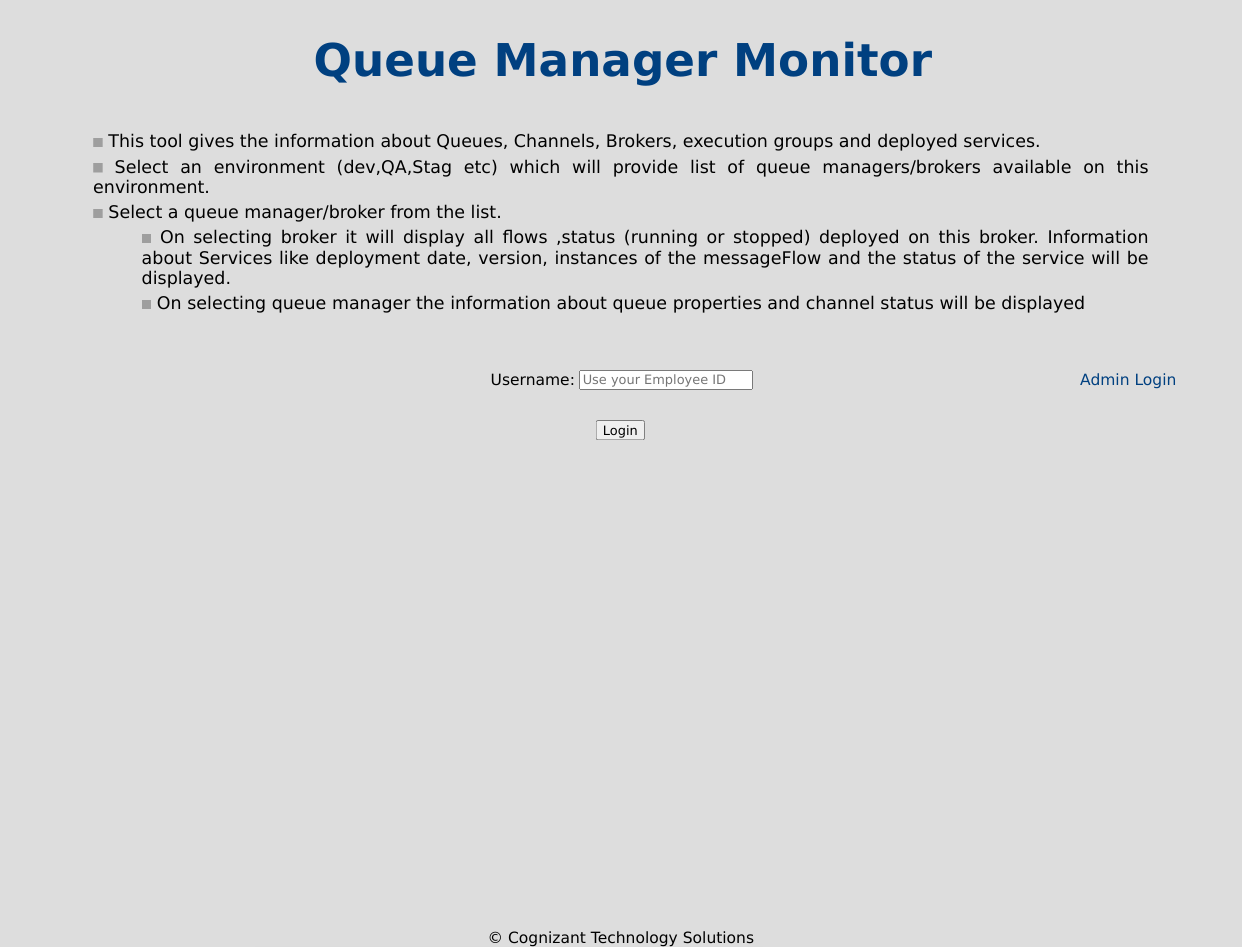
Repository: aarjavshah/ArjavProjects
Page: http://localhost/QmMonitor/
An editor plug-in stored every save of this project. The page is shown before and after the next save, followed by the edit.
The browser window is 1280 px wide. The pictures show the whole page, at 97% of full size.
Pictures or frames that could not be fetched are drawn as grey boxes. The page is served by Tomcat 9. Other server files are loaded and not shown.

Above is the page before, as saved 2016-11-28 15:14:15.

### Java/ToolOct27ABN_Temp/QmMonitor/WebContent/Login.jsp
<%@ page language="java" contentType="text/html; charset=ISO-8859-1"
    pageEncoding="ISO-8859-1"%>
<!DOCTYPE html PUBLIC "-//W3C//DTD HTML 4.01 Transitional//EN" "http://www.w3.org/TR/html4/loose.dtd">
<html>
<head>
<meta http-equiv="Content-Type" content="text/html; charset=ISO-8859-1">
<title>ESB Queue-Manager Monitor Login</title>
</head>
<script type="text/javascript">
function GetPassword() {
	password.style.visibility = 'visible';
	adminLink.style.visibility = 'hidden';
}
function  RemovePassword() {
	password.style.visibility = 'hidden';
	adminLink.style.visibility = 'visible';
}
function ValidateLogin(){
	var userName=document.getElementById("username").value;
	var flag=0;
	if(userName.length==0)
	{	document.getElementById("span_broker").innerHTML="Enter UserName";
		flag=1;
	}else{
		document.getElementById("span_broker").innerHTML="";
	}
	if(flag==0)
	{
	return true;
	}
else
	{
	return false;
	}
	}
</script>
 <STYLE type="text/css" media="screen">
    td{width:300px;}
    #dont{width:93px;}
    #button{width:53px;}
 </STYLE>
<link rel="stylesheet" type="text/css" href="<%=request.getContextPath() %>/collapse.css" media="screen">
<body>
<%if(session.getAttribute("username")!=null){
	if((Boolean)session.getAttribute("isAdmin")){
		response.sendRedirect("AdminServices.jsp");
	}else{
		response.sendRedirect("Home.jsp");
	}
}	%>
<div id="header">Queue Manager Monitor</div>
<div id="desc">
<p>
	<div id="textbox"><img src="Bullet.png" height="10px" width="10px">
	This tool gives the information about Queues, Channels, Brokers, execution groups and deployed services.</div><div id="textbox"><img src="Bullet.png"  height="10px" width="10px">
	Select an environment (dev,QA,Stag etc) which will provide list of queue managers/brokers available on this environment.</div><div id="textbox"><img src="Bullet.png"  height="10px" width="10px">
	Select a queue manager/broker from the list. </div><div id="textbox2">     <img src="Bullet.png"  height="10px" width="10px">
	On selecting broker it will display all flows ,status (running or stopped) deployed on this broker.
	Information about Services like deployment date, version, instances of the messageFlow and the status of the service will be displayed.
	</div><div id="textbox2"><img src="Bullet.png"  height="10px" width="10px">
	On selecting queue manager the information about queue properties and channel status will be displayed
	</div>
</p>
</div>
<form action="Login" method="post" onsubmit="return ValidateLogin()">
<div id="err">
<%if(session.getAttribute("AdminLoginFail")!=null){
if((Boolean)session.getAttribute("AdminLoginFail")){
	out.print("<font color=red>Admin Login Failed</font>");
	session.removeAttribute("AdminLoginFail");
}}
%></div>

<table id="adminbroker">
<tr id="user">
	<td id="dont" align="right">Username:</td>
	<td><input type="text" name="username" id="username" placeholder="Use your Employee ID"></td>
	<td><font color=red><span id="span_broker"></span></font></td><td> </td>
	<td id="adminLink" onclick="GetPassword()"><a href="#">Admin Login</a></td>
</tr>
<tr id="password" style="visibility:hidden;">
	<td id="dont" align="right">Password:</td>
	<td><input type="password" name="password" ></td><td> </td><td> </td>
	<td id="userLink" onclick="RemovePassword()"><a href="#">User Login</a></td>
</tr>
</table>
<table align="center">
<tr>
<td id="button"><input type="submit" name ="login" value="Login"></td>
</tr>
</table>
</form>
<div id="footerCpy">© Cognizant Technology Solutions</div>
</body>
</html>

### Java/ToolOct27ABN_Temp/QmMonitor/WebContent/collapse.css
/* Just some base styles not needed for example to function */
*, html { font-family: Verdana, Arial, Helvetica, sans-serif; }

body, form, ul, li, p, h1, h2, h4, h5
{
	margin: 0;
	padding: 0;
}
a{
	 text-decoration: none;
	 color : #004080;
	 cursor:pointer;
}
td.drop{
	width:550px;
}
td.res{
	width:200px;
}
td.res1{
	padding-top: 10px;
}
html { font-size: 100%; /* IE hack */ }
body { font-size: 1em; /* Sets base font size to 16px */ background-color: #DDDDDD; }
table { font-size: 100%; /* IE hack */ }
/* CSS Tree menu styles */
ol.tree
{
	padding: 0 0 0 30px;
}
ol.tree1{
	padding: 10px 0 0 30px;
	margin : 0;
}
	li
	{
		position: relative;
		margin-left: -15px;
		list-style: none;
	}
	li.file
	{
		margin-left: -10px !important;
	}
		li.file a
		{
			background: 0 0 no-repeat;
			padding-left: 32px;
			text-decoration: none;
			cursor: text;
		}
		li.file a.admin
		{
			background: 0 0 no-repeat;
			padding-left: 32px;
			text-decoration: none;
			cursor: pointer;
		}
	li input
	{
		position: absolute;
		left: 0;
		margin-left: 0;
		opacity: 0;
		z-index: 2;
		cursor: pointer;
		height: 1em;
		width: 1em;
		top: 0;
	}
		li input + ol
		{
			background: url('plus.gif') 40px 0 no-repeat;
			margin: -0.938em 0 0 -44px; /* 15px */
			height: 1em;
		}
		li input + ol > li { display: none; margin-left: -14px !important; padding-left: 1px; }
	li label
	{
		/*background: url(plusSignGreen.png) 15px 1px no-repeat;*/
		cursor: pointer;
		display: block;
		padding-left: 37px;
	}

	li input:checked + ol
	{
		background: url('minus.gif') 40px 0 no-repeat;
		margin: -1.25em 0 0 -44px; /* 20px */
		padding: 1.563em 0 0 80px;
		height: auto;
	}
		li input:checked + ol > li { display: block; margin: 5px 0 5px;  /* 2px */}
		li input:checked + ol > li:last-child { margin: 3px 0 3px; /* 1px */ }

#container{
	overflow-x: hidden;
}
#cntIO{
	padding-top: 10 px;
}
#left{

	width:100%;
	float : left;
	padding : 50 px;
	/*margin: 200px 0 0 0;*/

}
#right{
	width : 100%;
	padding : 50 px;
	float:left;
	padding-left: 50px;
	padding-top: 30px;
}
#right1{
	width : 100%;
	padding-top: 80px;
    margin-top: 100px;
    margin-bottom: 100px;
}
#right2{
	width : 100%;
	margin-left:50px;
    margin-top: 100px;
    margin-bottom: 100px;
}
#textbox{
	margin-top: 5px;
	margin-bottom: 5px;
}
#textbox1{
	margin-top: 5px;
	margin-bottom: 5px;
    display: none;
}
#textbox2{
	margin-top: 5px;
	margin-bottom: 5px;
	margin-left: 50px;
	}
#header{
	padding : 5px;
	margin-top : 30px;
	padding-left:130px;
	width : 80%;
	text-align: center;
	font-size: 35pt;
	font-weight: bolder;
	color : #004080;
	height: 90px;
}
#logout{
	width:17%;
	text-align: center;
	float: right;
	font-size: 18px;
}
#brokerInfo{
	width:35%;
	text-align: right;
	float: right;
}
#formTable{
	width:100%;
	  padding-top: 16px;
	  padding-left: 10px;
}
#formTable1{
	  padding-top: 16px;
	  padding-left: 10px;
	  margin-left:
}
h1{
	padding-left : 10px;
	color : #004080;
}
#centeredText{
	text-align: center;
	padding-bottom: 10px;
}
#ErrS{
	    position: absolute;
    top: 50%;
    left: 50%;
    width: 400px;
    height: 300px;
    margin-top: -150px;
    margin-left: -200px;
}
#ErrS2{
	    position: absolute;
    top: 50%;
    left: 50%;
    width: 400px;
    height: 300px;
    margin-top: -90px;
    margin-left: -200px;
}
#ErrS1{
	    position: absolute;
    top: 50%;
    left: 50%;
    margin-top: -50px;
    margin-left: -150px;
}
#outer{
	width:100%;
}
#adminbroker{
	padding-left: 500px;
}
#adminbroker1{
	padding-left: 200px;
}
#edit{
	position: absolute;
		opacity:100;
		height: 2em;
		width: 5em;
}
#lastmod{
	font-size: 10pt;
	float: right;
	width:29%;
}
#err{
	text-align: center;
}
#desc{
	text-align:justify;
	margin-left:auto;
	margin-right:auto;
	width:85%;
	padding-bottom: 50px;
	font-size : 18px;
}
#instance{
	margin-left: 210px;
}
#instance1{
	margin-left: 210px;
	padding-top: 10px;
}
table,th,td{border:none}
.qDis{border:1px solid #ccc}
.qDis tr{border-bottom:1px solid #d0d0d0}
.qDis tr:nth-child(odd){background-color:#fff}
.qDis tr:nth-child(even){background-color:#f2f2f2}
.qDis td,.qDis th{padding:6px 8px;display:table-cell;text-align:left;vertical-align:top}
.qDis th:first-child,.qDis td:first-child{padding-left:16px}

#editablediv{
    width: 500px;
    height: 200px;
    border: 1.5px solid #888;
    padding: 5px;
    background-color : #FAFAFA;
    margin: 10px 10px 10px 10px;
}
#RFHheader{
    width: 500px;
    height: 50px;
    border: 1.5px solid #888;
    padding: 5px;
    background-color : #FAFAFA;
    margin: 10px 10px 10px 10px;
}
div.conf{
	padding-left: 52px;
	padding-top: 10px;
}
#formtextarea{
	margin-top: 10px;
}
div.scroll{
width: 500px;
    height: 200px;
    border: 1.5px solid #888;
    padding: 5px;
    background-color : #FAFAFA;
    margin: 10px 10px 10px 10px;
	max-height: 200px;
	overflow: auto;
}
#footerCpy{
	text-align:center;
	padding-top:500px;
}

After the next save:
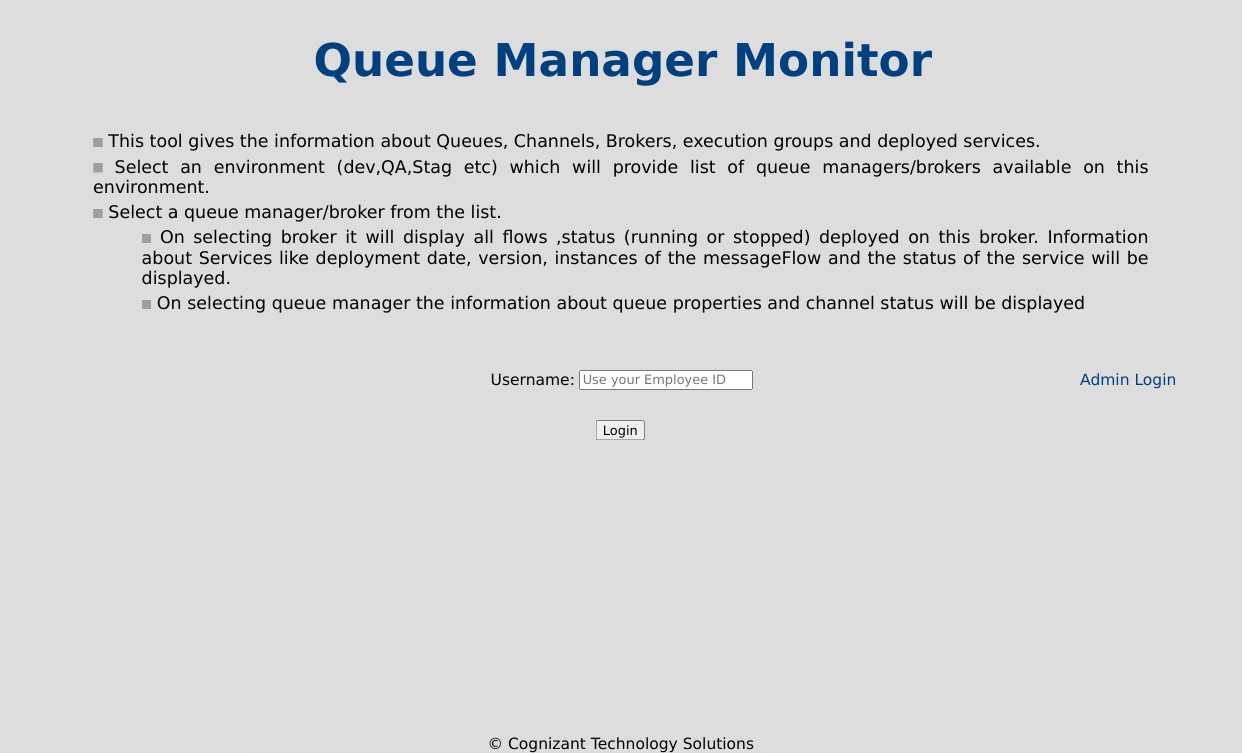
Saved 48 s later.
--- a/Java/ToolOct27ABN_Temp/QmMonitor/WebContent/collapse.css
+++ b/Java/ToolOct27ABN_Temp/QmMonitor/WebContent/collapse.css
@@ -286,5 +286,5 @@ width: 500px;
 }
 #footerCpy{
 	text-align:center;
-	padding-top:500px;
-}
+	padding-top:300px;
+}
